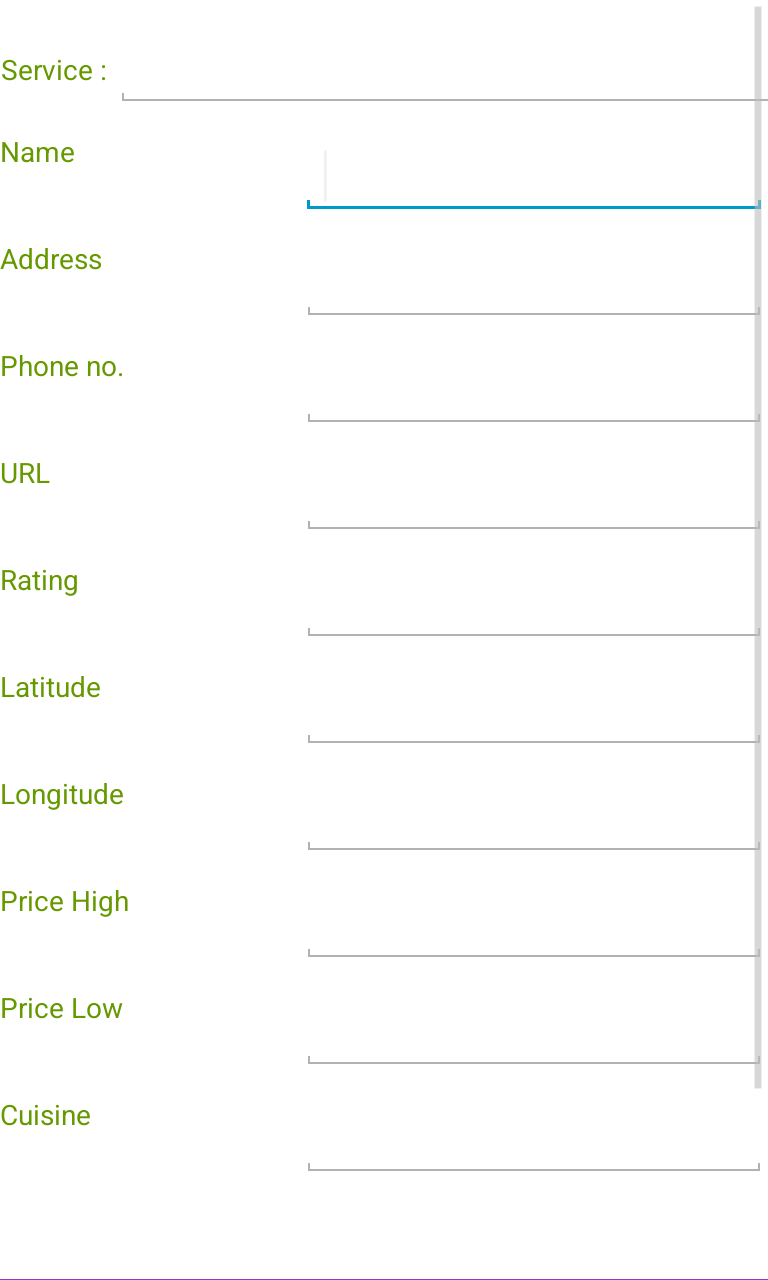
Repository: AungWinnHtut/projAndroid
Layout: com.engineer4myanmar.json.MainActivity/res/layout/activity_detail.xml
The author's editor kept a copy of each file at every save. The layout is drawn from the files as they stood at one save, then again after the next save.
It is drawn on a 768 x 1280 px phone screen (xhdpi) without system bars, with theme AppTheme; the app's code is not run.

Above is the layout before, as saved 2015-08-29 00:56:44.

After the next save:
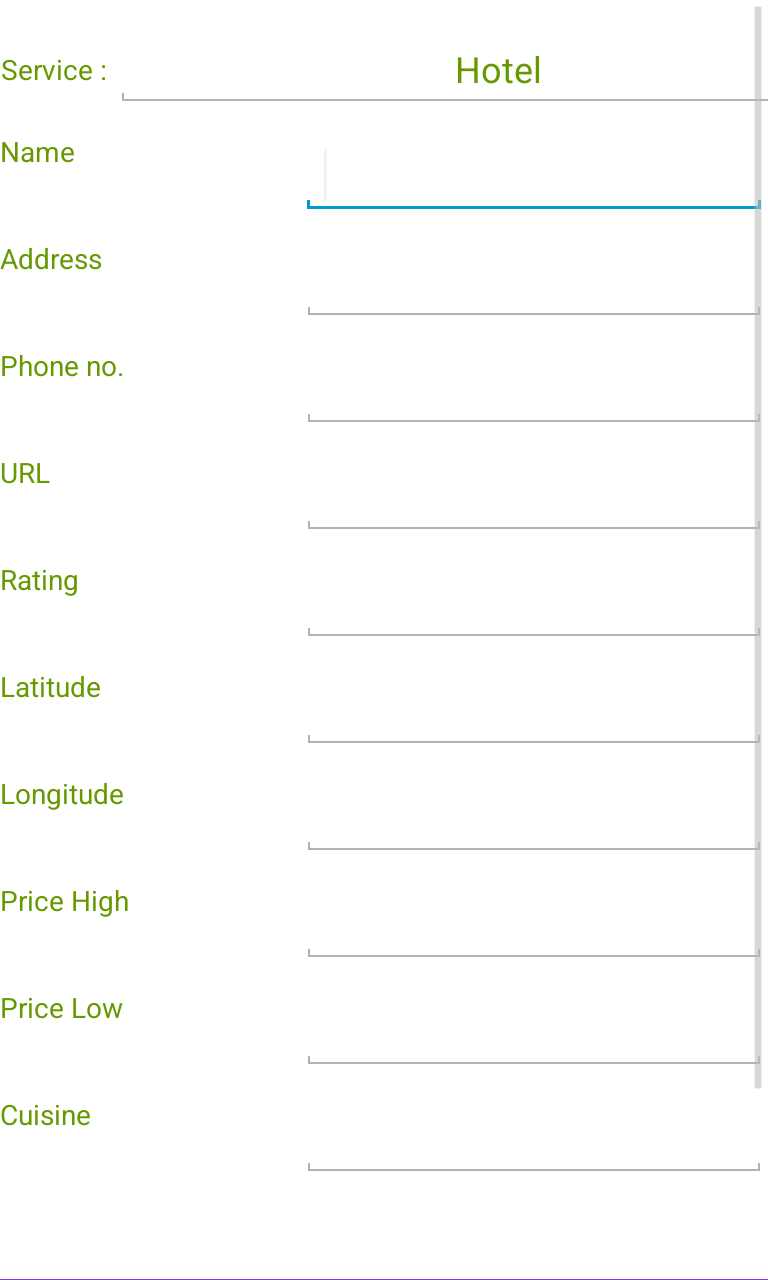
Saved 51 s later.
--- a/com.engineer4myanmar.json.MainActivity/res/layout/activity_detail.xml
+++ b/com.engineer4myanmar.json.MainActivity/res/layout/activity_detail.xml
@@ -36,6 +36,7 @@
                     android:layout_height="wrap_content"
                     android:layout_gravity="center"
                     android:gravity="center"
+                    android:text="Hotel"
                     android:textColor="#669900" />
             </LinearLayout>
 
